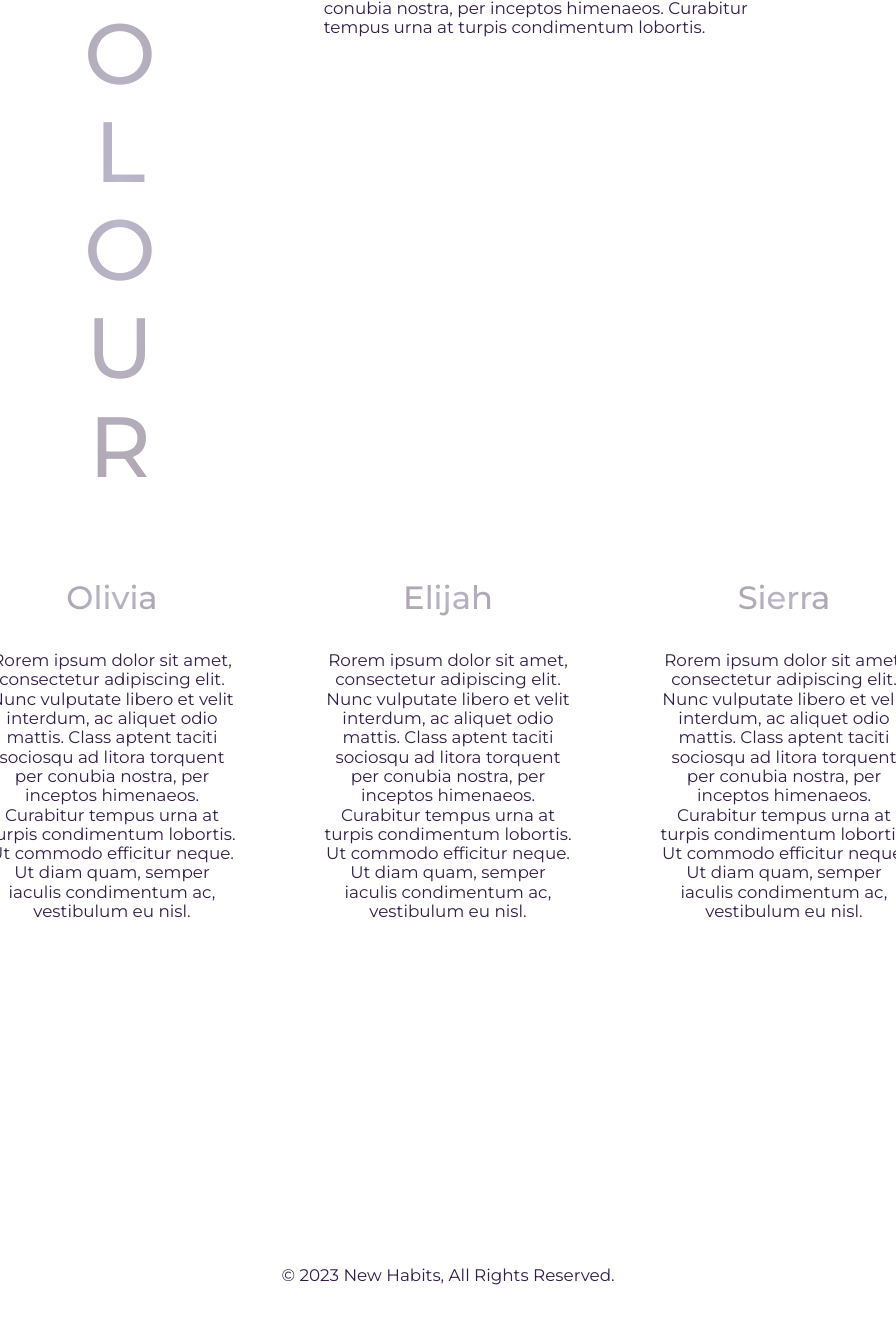
Repository: sierralaurent/Styleguide-Big_Project
Page: visuals.html
An editor plug-in stored every save of this project. The page is shown before and after the next save, followed by the edit.
The browser window is 1280 px wide. The pictures show the part of the page from y = 2279 to 4199 px (the page is 4199 px tall before and 3304 px after), at 70% of full size.
Some web fonts or font styles are not loaded; a fallback is used.

Above is the page before, as saved 2023-03-10 13:03:00.

### visuals.html
<!DOCTYPE html>
<html lang="en">
  <head>
    <title>New Habits Web-App | Visuals </title>
    <meta property="og:title" content="Welcome to the New Habits Web-App Home Page" />
    <meta name="viewport" content="width=device-width, initial-scale=1.0" />
    <meta charset="utf-8" />
    <link rel="icon" type="image/x-icon" href="/assets/favicon.ico">

    <link
      rel="stylesheet"
      href="https://fonts.googleapis.com/css2?family=Montserrat:ital,wght@0,100;0,200;0,300;0,400;0,500;0,600;0,700;0,800;0,900;1,100;1,200;1,300;1,400;1,500;1,600;1,700;1,800;1,900&amp;display=swap"
      data-tag="font"
    />
    <link rel="stylesheet" href="./style.css" />
    <link href="./visuals.css" rel="stylesheet" />
    <link href="./navstyle.css" rel="stylesheet" />

  </head>
  <header>
    <div class="logo">
      <a href="index.html">
        <img src="assets/logo.png" alt="logo" />
      </a>
    </div>
    <div class="navigation">
      <button class="hamburger" onclick="show()">
        <img src="assets/burger.png" />
      </button>
      <nav>
        <h1 class="menutitle">Menu</h1>
        <ul>
          <li><a href="index.html">Home</a></li>
          <li><a>Logo</a></li>
          <li><a>Colours & Typo</a></li>
          <li><a href="visuals.html">Visuals</a></li>
        </ul>
      </nav>
    </div>
    <script src="nav.js"></script>
  </header>
  <body>
    <div>
      <div class="home-container">
        <div class="home-container1">
          <div class="home-container2">
            <h1 class="home-text01 Title">Visuals</h1>
            <p class="home-text02 body">
              Dorem ipsum dolor sit amet, consectetur adipiscing elit. Nunc
              vulputate libero et velit interdum, ac aliquet odio mattis. Class
              aptent taciti sociosqu ad litora torquent per conubia nostra, per
              inceptos himenaeos. Curabitur tempus urna at turpis condimentum
              lobortis.
            </p>
          </div>
        </div>
        <div class="home-container3">
          <p class="home-text03 sidetitle">
            <span>C</span>
            <br />
            <span>O</span>
            <br />
            <span>L</span>
            <br />
            <span>O</span>
            <br />
            <span>U</span>
            <br />
            <span>R</span>
            <br />
          </p>
          <p class="home-text17 body">
            Dorem ipsum dolor sit amet, consectetur adipiscing elit. Nunc
            vulputate libero et velit interdum, ac aliquet odio mattis. Class
            aptent taciti sociosqu ad litora torquent per conubia nostra, per
            inceptos himenaeos. Curabitur tempus urna at turpis condimentum
            lobortis.
          </p>
        </div>
        <div class="home-container3">
            <p class="home-text03 sidetitle">
              <span>C</span>
              <br />
              <span>O</span>
              <br />
              <span>L</span>
              <br />
              <span>O</span>
              <br />
              <span>U</span>
              <br />
              <span>R</span>
              <br />
            </p>
            <p class="home-text17 body">
              Dorem ipsum dolor sit amet, consectetur adipiscing elit. Nunc
              vulputate libero et velit interdum, ac aliquet odio mattis. Class
              aptent taciti sociosqu ad litora torquent per conubia nostra, per
              inceptos himenaeos. Curabitur tempus urna at turpis condimentum
              lobortis.
            </p>
          </div>
        <div class="home-container6">
          <div class="home-olivia">
            <p class="home-olivia-text">Olivia</p>
            <p class="home-text19">
              Rorem ipsum dolor sit amet, consectetur adipiscing elit. Nunc
              vulputate libero et velit interdum, ac aliquet odio mattis. Class
              aptent taciti sociosqu ad litora torquent per conubia nostra, per
              inceptos himenaeos. Curabitur tempus urna at turpis condimentum
              lobortis. Ut commodo efficitur neque. Ut diam quam, semper iaculis
              condimentum ac, vestibulum eu nisl.
            </p>
          </div>
          <div class="home-elijah">
            <p class="home-elijah-text">Elijah</p>
            <p class="home-text20">
              Rorem ipsum dolor sit amet, consectetur adipiscing elit. Nunc
              vulputate libero et velit interdum, ac aliquet odio mattis. Class
              aptent taciti sociosqu ad litora torquent per conubia nostra, per
              inceptos himenaeos. Curabitur tempus urna at turpis condimentum
              lobortis. Ut commodo efficitur neque. Ut diam quam, semper iaculis
              condimentum ac, vestibulum eu nisl.
            </p>
          </div>
          <div class="home-sierra">
              <p class="home-sierra-text">Sierra</p>
            <p class="home-text21">
              Rorem ipsum dolor sit amet, consectetur adipiscing elit. Nunc
              vulputate libero et velit interdum, ac aliquet odio mattis. Class
              aptent taciti sociosqu ad litora torquent per conubia nostra, per
              inceptos himenaeos. Curabitur tempus urna at turpis condimentum
              lobortis. Ut commodo efficitur neque. Ut diam quam, semper iaculis
              condimentum ac, vestibulum eu nisl.
            </p>
          </div>
        </div>
        <footer class="home-footer">
          <p class="home-text24">
            © 2023 New Habits, All Rights Reserved.
          </p>
        </footer>
      </div>
    </div>
  </body>
</html>

### style.css
:root {
  --dl-black: #212121ff;
  --dl-creme: #f9f9ffff;
  --dl-white: #f8f9f9ff;
  --dark-purple: #311D4A;

}

.body {
  font-size: 24px;
  font-family: Montserrat;
  font-weight: 400;
  line-height: 1.15;
  text-transform: none;
  text-decoration: none;
}
.sidetitle {
  font-size: 122px;
  font-family: Montserrat;
  font-weight: 500;
  line-height: 1.15;
  text-transform: none;
  text-decoration: none;
}
.Title {
  font-size: 96px;
  font-family: Montserrat;
  font-weight: 500;
  line-height: 1.15;
  text-transform: none;
  text-decoration: none;
}

html {
  line-height: 1.15;
}
body {
  margin: 0;
}
* {
  box-sizing: border-box;
  border-width: 0;
  border-style: solid;
}
p,
li,
ul,
pre,
div,
h1,
h2,
figure,
blockquote,
figcaption {
  margin: 0;
  padding: 0;
}

a {
  color: inherit;
  text-decoration: inherit;
}
input {
  padding: 2px 4px;
}
img {
  display: block;
}
html {
  scroll-behavior: smooth;
}

### visuals.css
/* Define the scrollbar style */
::-webkit-scrollbar {
    width: 10px;
  }

  ::-webkit-scrollbar-thumb {
    background-image: linear-gradient(180deg, var(--light-purple) 0%, var(--main-purple) 99%);
    box-shadow: inset 2px 2px 5px 0 var(--creme);
    border-radius: 100px;
  }

  html {
    font-family: Montserrat;
    font-size: 24px;
    scroll-behavior: smooth;
  }

  body {
    font-weight: 400;
    font-style: normal;
    text-decoration: none;
    text-transform: none;
    letter-spacing: normal;
    line-height: 1.15;
    color: var(--black);
    background-color: var(--creme);
  }

  .home-container {
    width: 100%;
    display: flex;
    overflow: auto;
    min-height: 100vh;
    align-items: center;
    flex-direction: column;
  }
  .home-container1 {
    flex: 0 0 auto;
    width: auto;
    height: auto;
    display: flex;
    align-items: flex-start;
    justify-content: center;
  }
  .home-container2 {
    flex: 0 0 auto;
    width: auto;
    display: flex;
    align-self: center;
    margin-top: 5rem;
    align-items: center;
    margin-bottom: 15rem;
    flex-direction: column;
    justify-content: center;
  }
  .home-text {
    font-size: 36px;
    text-align: center;
    font-family: Montserrat;
    background: linear-gradient(0deg, rgba(0, 0, 0, 0.2), rgba(0, 0, 0, 0.2)),
      radial-gradient(
        50% 50% at 50% 50%,
        rgba(147, 129, 255, 0.2) 0%,
        rgba(79, 26, 98, 0.2) 94.12%
      );
    -webkit-background-clip: text;
    -webkit-text-fill-color: transparent;
    background-clip: text;
    text-fill-color: transparent;
  }
  .home-text01 {
    margin-top: 1rem;
    text-align: center;
    margin-bottom: 1rem;
    background: linear-gradient(0deg, rgba(0, 0, 0, 0.2), rgba(0, 0, 0, 0.2)),
      radial-gradient(
        50% 50% at 50% 50%,
        rgba(147, 129, 255, 0.2) 0%,
        rgba(79, 26, 98, 0.2) 94.12%
      );
    -webkit-background-clip: text;
    -webkit-text-fill-color: transparent;
    background-clip: text;
    text-fill-color: transparent;
  }
  .home-text02 {
    width: 31rem;
    text-align: center;
    color: var(--dark-purple);
  }
  .home-container3 {
    flex: 0 0 auto;
    width: 100%;
    height: auto;
    display: flex;
    align-items: flex-start;
    justify-content: center;
  }
  .home-text03 {
    width: 25rem;
    text-align: center;
    background: linear-gradient(0deg, rgba(0, 0, 0, 0.2), rgba(0, 0, 0, 0.2)),
      radial-gradient(
        50% 50% at 50% 50%,
        rgba(147, 129, 255, 0.2) 0%,
        rgba(79, 26, 98, 0.2) 94.12%
      );
    -webkit-background-clip: text;
    -webkit-text-fill-color: transparent;
    background-clip: text;
    text-fill-color: transparent;
  }
  .home-text17 {
    width: auto;
    margin-top: 5rem;
    text-align: left;
    margin-left: 5rem;
    margin-right: 5rem;
    margin-bottom: 5rem;
    color: var(--dark-purple);
  }
  .home-container4 {
    flex: 0 0 auto;
    width: auto;
    height: auto;
    display: flex;
    align-items: flex-start;
    justify-content: center;
  }
  .home-container5 {
    flex: 0 0 auto;
    display: flex;
    align-items: flex-start;
    flex-direction: column;
  }
  .home-text18 {
    width: auto;
    margin-top: 15rem;
    text-align: center;
    margin-bottom: 5rem;
    background: linear-gradient(0deg, rgba(0, 0, 0, 0.2), rgba(0, 0, 0, 0.2)),
      radial-gradient(
        50% 50% at 50% 50%,
        rgba(147, 129, 255, 0.2) 0%,
        rgba(79, 26, 98, 0.2) 94.12%
      );
    -webkit-background-clip: text;
    -webkit-text-fill-color: transparent;
    background-clip: text;
    text-fill-color: transparent;
  }
  .home-container6 {
    flex: 0 0 auto;
    width: auto;
    height: auto;
    display: flex;
    align-items: flex-start;
    margin-bottom: 15rem;
    justify-content: center;
  }
  .home-olivia {
    flex: 0 0 auto;
    display: flex;
    align-items: center;
    flex-direction: column;
  }
  .home-olivia-text {
    width: 25rem;
    font-size: 96px;
    text-align: center;
    font-family: Montserrat;
    font-weight: 500;
    line-height: 1.15;
    margin-bottom: 2rem;
    text-transform: none;
    text-decoration: none;
    background: linear-gradient(0deg, rgba(0, 0, 0, 0.2), rgba(0, 0, 0, 0.2)),
      radial-gradient(
        50% 50% at 50% 50%,
        rgba(147, 129, 255, 0.2) 0%,
        rgba(79, 26, 98, 0.2) 94.12%
      );
    -webkit-background-clip: text;
    -webkit-text-fill-color: transparent;
    background-clip: text;
    text-fill-color: transparent;
  }
  .home-text19 {
    width: 15rem;
    align-self: center;
    text-align: center;
    color: var(--dark-purple);
  }
  .home-elijah {
    flex: 0 0 auto;
    display: flex;
    align-items: center;
    flex-direction: column;
  }
  .home-elijah-text {
    width: 25rem;
    font-size: 96px;
    text-align: center;
    font-family: Montserrat;
    font-weight: 500;
    line-height: 1.15;
    margin-bottom: 2rem;
    text-transform: none;
    text-decoration: none;
    background: linear-gradient(0deg, rgba(0, 0, 0, 0.2), rgba(0, 0, 0, 0.2)),
      radial-gradient(
        50% 50% at 50% 50%,
        rgba(147, 129, 255, 0.2) 0%,
        rgba(79, 26, 98, 0.2) 94.12%
      );
    -webkit-background-clip: text;
    -webkit-text-fill-color: transparent;
    background-clip: text;
    text-fill-color: transparent;
  }
  .home-text20 {
    width: 15rem;
    align-self: center;
    text-align: center;
    color: var(--dark-purple);
  }
  .home-sierra {
    flex: 0 0 auto;
    display: flex;
    align-items: center;
    flex-direction: column;
  }
  .home-sierra-text {
    width: 25rem;
    font-size: 96px;
    text-align: center;
    font-family: Montserrat;
    font-weight: 500;
    line-height: 1.15;
    margin-bottom: 2rem;
    text-transform: none;
    text-decoration: none;
    background: linear-gradient(0deg, rgba(0, 0, 0, 0.2), rgba(0, 0, 0, 0.2)),
      radial-gradient(
        50% 50% at 50% 50%,
        rgba(147, 129, 255, 0.2) 0%,
        rgba(79, 26, 98, 0.2) 94.12%
      );
    -webkit-background-clip: text;
    -webkit-text-fill-color: transparent;
    background-clip: text;
    text-fill-color: transparent;
  }
  .home-text21 {
    width: 15rem;
    align-self: center;
    text-align: center;
    color: var(--dark-purple);
  }
  .home-text23 {
    width: 15rem;
    align-self: center;
    text-align: center;
  }
  .home-footer {
    width: 100%;
    height: 197px;
    display: flex;
    max-width: auto;
    align-self: center;
    align-items: center;
    padding-top: 32px;
    padding-left: 48px;
    padding-right: 48px;
    padding-bottom: 32px;
    justify-content: center;
  }
  .home-text24 {
    text-align: center;
    color: var(--dark-purple);

  }
  @media (max-width: 1600px) {
    .home-container1 {
      width: 100%;
    }
    .home-container2 {
      align-items: center;
      justify-content: center;
    }
    .home-text01 {
      margin-top: 1rem;
      margin-bottom: 1rem;
    }
    .home-container3 {
      width: 100%;
    }
    .home-text03 {
      width: auto;
      margin: 3rem;
      padding: 2rem;
    }
    .home-text17 {
      width: 40rem;
      margin-top: 7rem;
      text-align: left;
      margin-right: 5rem;
    }
    .home-container4 {
      width: auto;
      justify-content: center;
    }
    .home-container5 {
      width: auto;
      height: auto;
      align-items: center;
      justify-content: center;
    }
    .home-text18 {
      width: auto;
      height: auto;
      margin-top: 5rem;
      text-align: center;
      margin-bottom: 5rem;
    }
    .home-container6 {
      width: 100%;
      margin-bottom: 15rem;
    }
    .home-olivia {
      width: 20rem;
      height: auto;
      align-items: center;
      justify-content: center;
    }
    .home-olivia-text {
      width: auto;
      font-size: 46px;
      font-family: Montserrat;
      font-weight: 500;
      line-height: 1.15;
      margin-bottom: 2rem;
      text-transform: none;
      text-decoration: none;
    }
    .home-text19 {
      width: 15rem;
      text-transform: none;
    }
    .home-elijah {
      width: 20rem;
      height: auto;
      align-items: center;
      justify-content: center;
    }
    .home-elijah-text {
      width: auto;
      font-size: 46px;
      font-family: Montserrat;
      font-weight: 500;
      line-height: 1.15;
      margin-bottom: 2rem;
      text-transform: none;
      text-decoration: none;
    }
    .home-text20 {
      width: 15rem;
      text-transform: none;
    }
    .home-sierra {
      width: 20rem;
      height: auto;
      align-items: center;
      justify-content: center;
    }
    .home-sierra-text {
      width: auto;
      font-size: 46px;
      font-family: Montserrat;
      font-weight: 500;
      line-height: 1.15;
      margin-bottom: 2rem;
      text-transform: none;
      text-decoration: none;
    }
    .home-text21 {
      margin-bottom: 2rem;
    }
    .home-text23 {
      width: 15rem;
      text-transform: none;
      color: var(--dark-purple);
    }
  }
  @media (max-width: 1200px) {
    .home-text01 {
      margin-top: 1rem;
      margin-bottom: 1rem;
    }
    .home-container6 {
      align-items: center;
    }
    .home-olivia {
      width: 15rem;
      margin-left: 1rem;
      margin-right: 1rem;
    }
    .home-olivia-text {
      width: auto;
    }
    .home-text19 {
      width: 12rem;
    }
    .home-elijah {
      width: 15rem;
      margin-left: 1rem;
      margin-right: 1rem;
    }
    .home-elijah-text {
      width: auto;
    }
    .home-text20 {
      width: 12rem;
    }
    .home-sierra {
      width: 15rem;
      margin-left: 1rem;
    }
    .home-sierra-text {
      width: auto;
    }
    .home-text23 {
      width: 12rem;
    }
  }
  @media (max-width: 991px) {
    .home-container2 {
      width: 100%;
      height: 307px;
    }
    .home-text01 {
      margin-top: 1rem;
      margin-bottom: 1rem;
    }
    .home-container6 {
      align-items: center;
      flex-direction: column;
    }
    .home-olivia {
      width: 20rem;
      margin-bottom: 3rem;
    }
    .home-olivia-text {
      width: auto;
    }
    .home-text19 {
      width: auto;
    }
    .home-elijah {
      width: 20rem;
      margin-bottom: 3rem;
    }
    .home-elijah-text {
      width: auto;
    }
    .home-text20 {
      width: auto;
    }
    .home-sierra {
      width: 20rem;
    }
    .home-sierra-text {
      width: auto;
    }
    .home-text23 {
      width: 100%;
    }
  }
  @media (max-width: 767px) {
    .home-text01 {
      margin-top: 1rem;
      margin-bottom: 1rem;
    }
    .home-footer {
      padding-left: 32px;
      padding-right: 32px;
    }
    .home-text24 {
      text-align: center;
      margin-left: 16px;
      margin-right: 16px;
    }
  }
  @media (max-width: 479px) {
    .home-text01 {
      margin-top: 1rem;
      margin-bottom: 1rem;
    }
    .home-text02 {
      width: 479px;
    }
    .home-text03 {
      margin-top: 0rem;
      margin-left: 3rem;
      margin-right: 0rem;
      margin-bottom: 0rem;
    }
    .home-footer {
      padding: 16px;
      flex-direction: column;
    }
    .home-text24 {
      margin-left: 0px;
      margin-right: 0px;
      margin-bottom: 16px;
    }
  }

### navstyle.css
@import url("https://fonts.cdnfonts.com/css/montserrat");

* {
  margin: 0;
  padding: 0;
  font-family: "Montserrat", sans-serif;
}

a,
button {
  cursor: pointer;
}

nav {
  position: absolute;
  top: 30px;
  right: 30px;
  width: 250px;
}

.navigation {
  position: fixed;
  top: 0;
  right: -500px;
  width: 312px;
  height: 100%;
  background-image: url("assets/background.png");
  background-size: cover;
  transition: 0.5s;
  border-radius: 27px 0 0 27px;
}

.logo {
    margin: 1.5rem;
}

.menutitle {
  font-family: "Montserrat", sans-serif;
  font-style: normal;
  font-weight: 400;
  font-size: 24px;
  display: flex;
  align-items: left;
  color: rgba(255, 255, 255, 0.32);
  margin: 1rem;
}

.navigation ul li {
  display: flex;
  color: rgba(255, 255, 255, 0.5);
  line-height: 20px;
  text-align: left;
  font-weight: 500;
  list-style-type: none;
  font-size: 14px;
  padding: 20px 30px;
  border-bottom: 0px 64px 64px -32px rgba(41, 15, 0, 0.56);
  transition: all 0.3s ease;
}

.navigation ul li:hover {
  padding: 16px 20px;
  background-image: url("assets/hover.png");
  background-size: cover;
  border-radius: 12px;
}

.hamburger,
.bar {
  position: fixed;
}

.hamburger {
  display: block;
  top: 5%;
  left: 95%;
  width: 30px;
  height: 30px;
  transform: translateY(-50%);
  border: 0;
  background: 0 0;
}

.hamburger.hidden {
  display: none; /* Hide the menu button */
}

.navigation.active {
  right: 0;
  z-index: 1;
}

### nav.js
const hamburger = document.querySelector('.hamburger');
const navigation = document.querySelector('.navigation');

document.addEventListener('click', function(event) {
  const isClickInside = navigation.contains(event.target) || hamburger.contains(event.target);
  if (!isClickInside) {
    navigation.classList.remove('active');
    hamburger.classList.remove('hidden');
  }
});

hamburger.addEventListener('click', function() {
  navigation.classList.add('active');
  hamburger.classList.add('hidden');
});

After the next save:
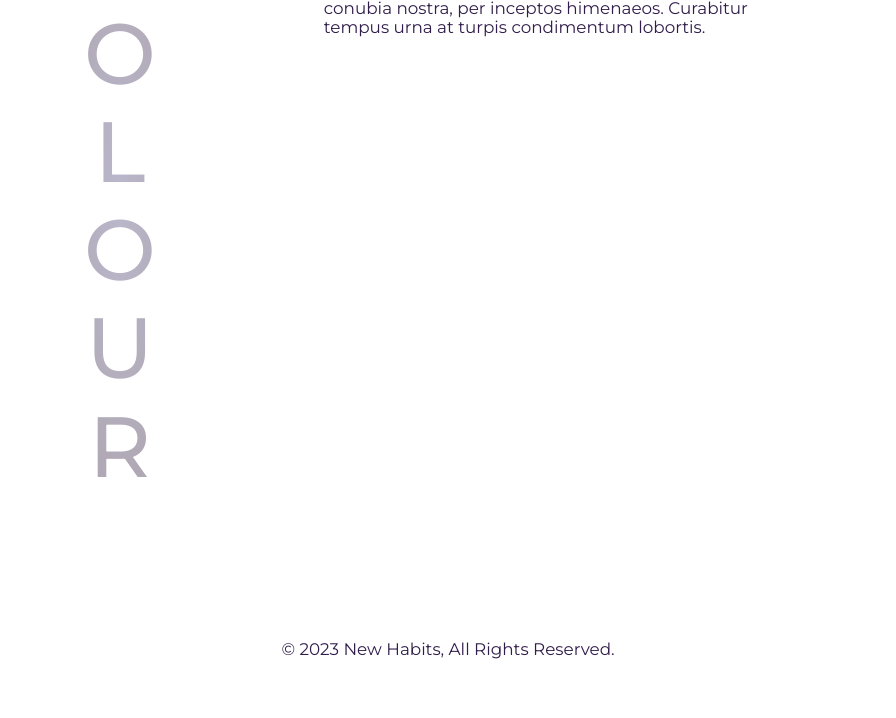
Saved 19 s later.
--- a/visuals.html
+++ b/visuals.html
@@ -100,41 +100,6 @@
               lobortis.
             </p>
           </div>
-        <div class="home-container6">
-          <div class="home-olivia">
-            <p class="home-olivia-text">Olivia</p>
-            <p class="home-text19">
-              Rorem ipsum dolor sit amet, consectetur adipiscing elit. Nunc
-              vulputate libero et velit interdum, ac aliquet odio mattis. Class
-              aptent taciti sociosqu ad litora torquent per conubia nostra, per
-              inceptos himenaeos. Curabitur tempus urna at turpis condimentum
-              lobortis. Ut commodo efficitur neque. Ut diam quam, semper iaculis
-              condimentum ac, vestibulum eu nisl.
-            </p>
-          </div>
-          <div class="home-elijah">
-            <p class="home-elijah-text">Elijah</p>
-            <p class="home-text20">
-              Rorem ipsum dolor sit amet, consectetur adipiscing elit. Nunc
-              vulputate libero et velit interdum, ac aliquet odio mattis. Class
-              aptent taciti sociosqu ad litora torquent per conubia nostra, per
-              inceptos himenaeos. Curabitur tempus urna at turpis condimentum
-              lobortis. Ut commodo efficitur neque. Ut diam quam, semper iaculis
-              condimentum ac, vestibulum eu nisl.
-            </p>
-          </div>
-          <div class="home-sierra">
-              <p class="home-sierra-text">Sierra</p>
-            <p class="home-text21">
-              Rorem ipsum dolor sit amet, consectetur adipiscing elit. Nunc
-              vulputate libero et velit interdum, ac aliquet odio mattis. Class
-              aptent taciti sociosqu ad litora torquent per conubia nostra, per
-              inceptos himenaeos. Curabitur tempus urna at turpis condimentum
-              lobortis. Ut commodo efficitur neque. Ut diam quam, semper iaculis
-              condimentum ac, vestibulum eu nisl.
-            </p>
-          </div>
-        </div>
         <footer class="home-footer">
           <p class="home-text24">
             © 2023 New Habits, All Rights Reserved.
